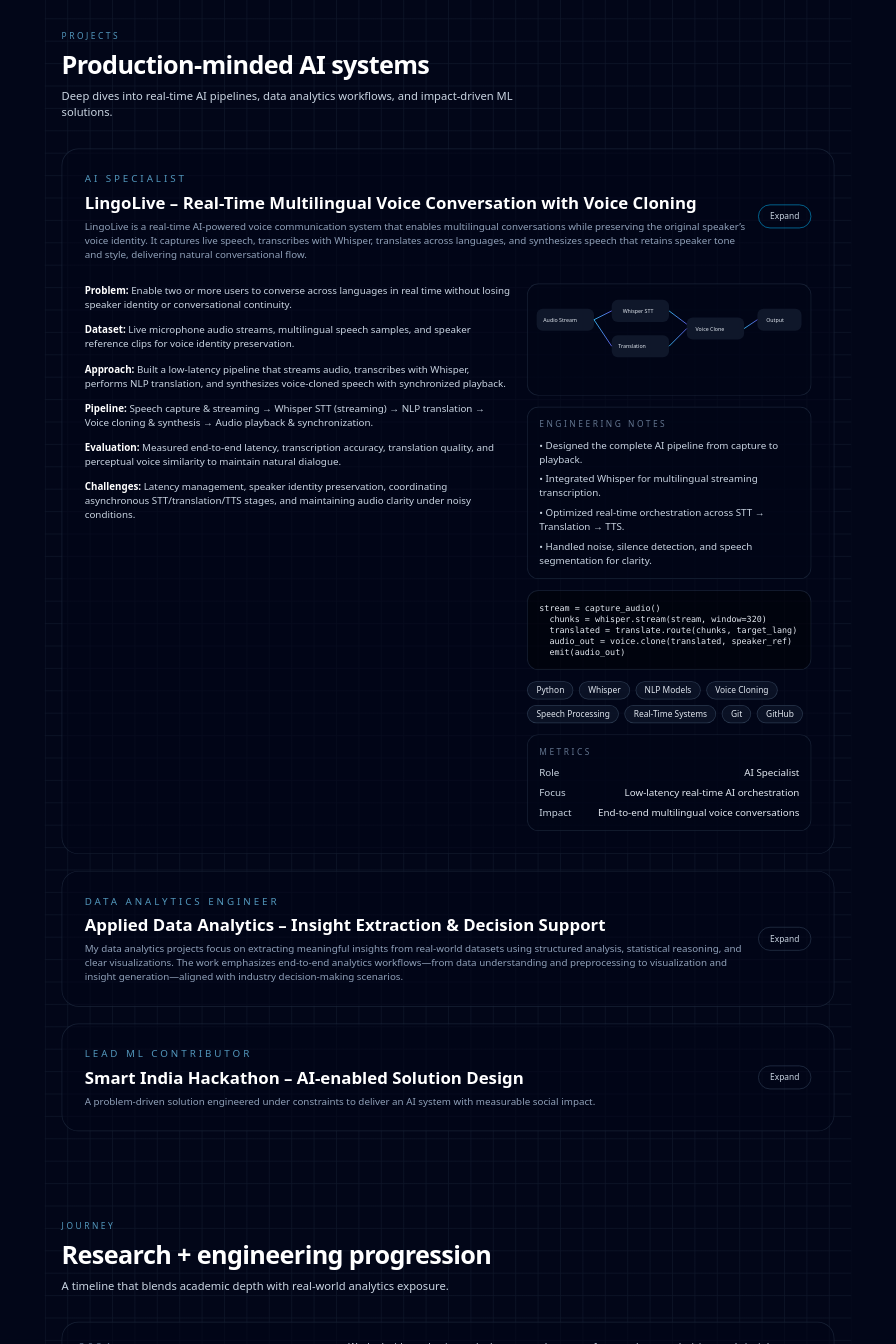
Repository: amitkumar0509/amit-portfolio
Page: /
An editor plug-in stored every save of this project. The page is shown before and after the next save, followed by the edit.
The browser window is 1280 px wide. The pictures show the part of the page from y = 3083 to 5003 px (the page is 8211 px tall before and 8429 px after), at 70% of full size.
The page's requests for data from a server got no answer. The project was rebuilt for these pictures with package versions that can differ from the ones it lists, and the page was loaded fresh each time. The framework's server and built-in components were replaced by stand-ins that run in the browser. No one was signed in, and anything a server would have sent is missing. Also part of the build but not shown: next.config.ts.

Above is the page before, as saved 2026-02-01 00:49:11.

After the next save:
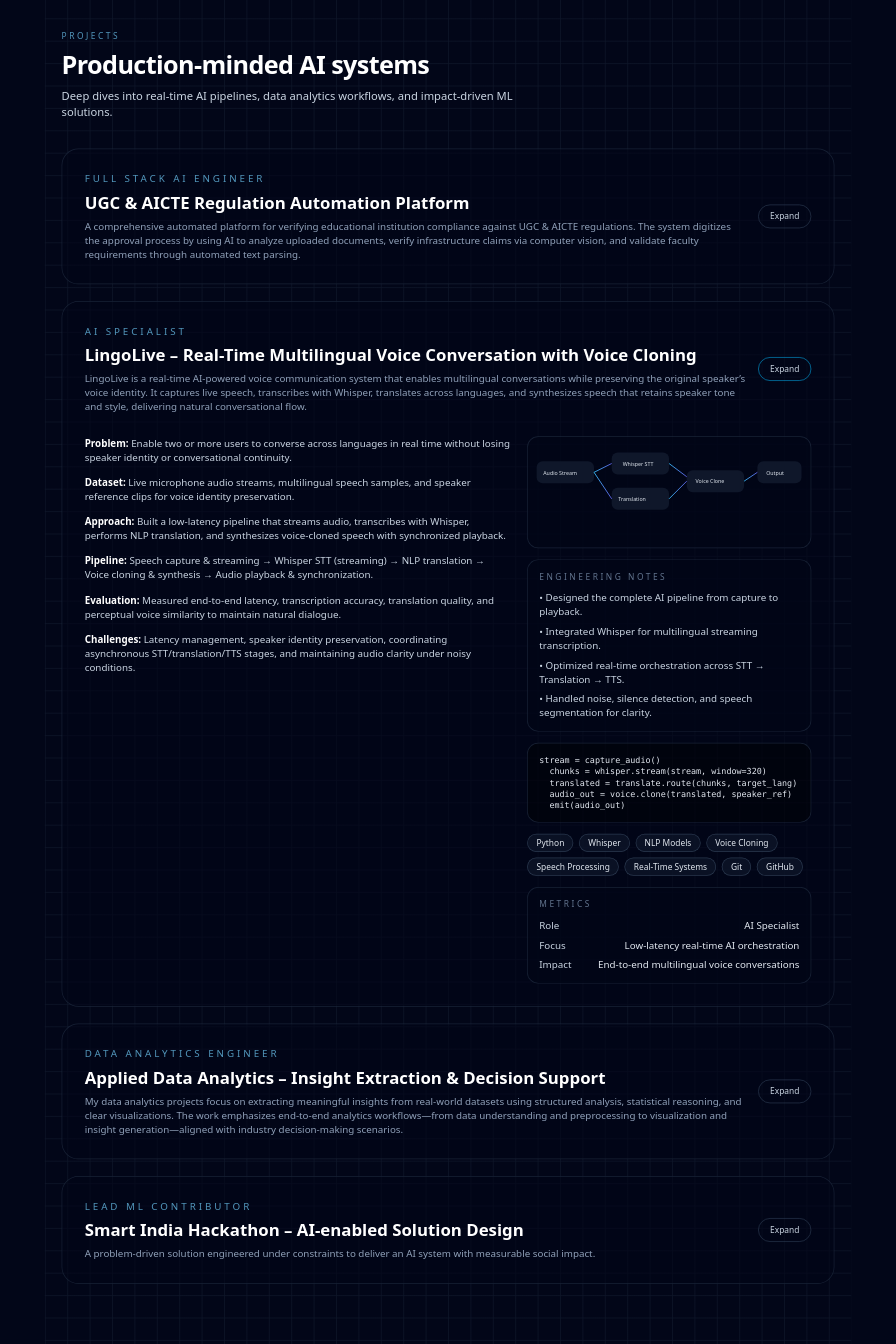
Saved 4 min 3 s later.
--- a/src/data/projects.ts
+++ b/src/data/projects.ts
@@ -1,6 +1,49 @@
 import type { Project } from "@/types/portfolio";
 
 export const projects: Project[] = [
+  {
+    id: "ugc-regulation",
+    name: "UGC & AICTE Regulation Automation Platform",
+    role: "Full Stack AI Engineer",
+    summary:
+      "A comprehensive automated platform for verifying educational institution compliance against UGC & AICTE regulations. The system digitizes the approval process by using AI to analyze uploaded documents, verify infrastructure claims via computer vision, and validate faculty requirements through automated text parsing.",
+    problem:
+      "The manual accreditation process for thousands of technical institutions is labor-intensive, slow, and prone to human error and inconsistency.",
+    dataset:
+      "Institutional compliance documents (PDFs), infrastructure blueprints, and faculty records.",
+    approach:
+      "Designed a microservices architecture separating the Node.js application logic from the Python AI processing unit. Utilized OCR for text extraction and YOLO models for verifying infrastructure images embedded in documents.",
+    pipeline:
+      "Document Upload → PDF Parsing & Text Extraction → YOLO Object Detection (Infrastructure) → Rule-Engine Validation → Compliance Report Generation.",
+    evaluation:
+      "Tested against standard application formats to ensure high accuracy in extracting key compliance metrics (faculty count, land area, lab equipment).",
+    challenges:
+      "Processing varying PDF formats, integrating real-time Python inference with Node.js backend, and ensuring accurate extraction from low-quality scans.",
+    stack: [
+      "React",
+      "Node.js",
+      "Python",
+      "Flask",
+      "YOLO",
+      "MongoDB",
+      "OCR",
+    ],
+    highlights: [
+      "Built a dual-stack architecture (Node/Express + Python/Flask).",
+      "Implemented YOLOv8 for automated infrastructure verification.",
+      "Developed a rule engine to cross-check claims against AICTE norms.",
+      "Streamlined the approval workflow with real-time status tracking.",
+    ],
+    details: [
+      { label: "Role", value: "Full Stack & AI Core" },
+      { label: "Target", value: "Regulatory Automation" },
+      { label: "Tech", value: "Computer Vision + NLP" },
+      {
+        label: "Repository",
+        value: "https://github.com/amitkumar0509/UGC-Aicte-approval-",
+      },
+    ],
+  },
   {
     id: "lingolive",
     name: "LingoLive – Real-Time Multilingual Voice Conversation with Voice Cloning",
